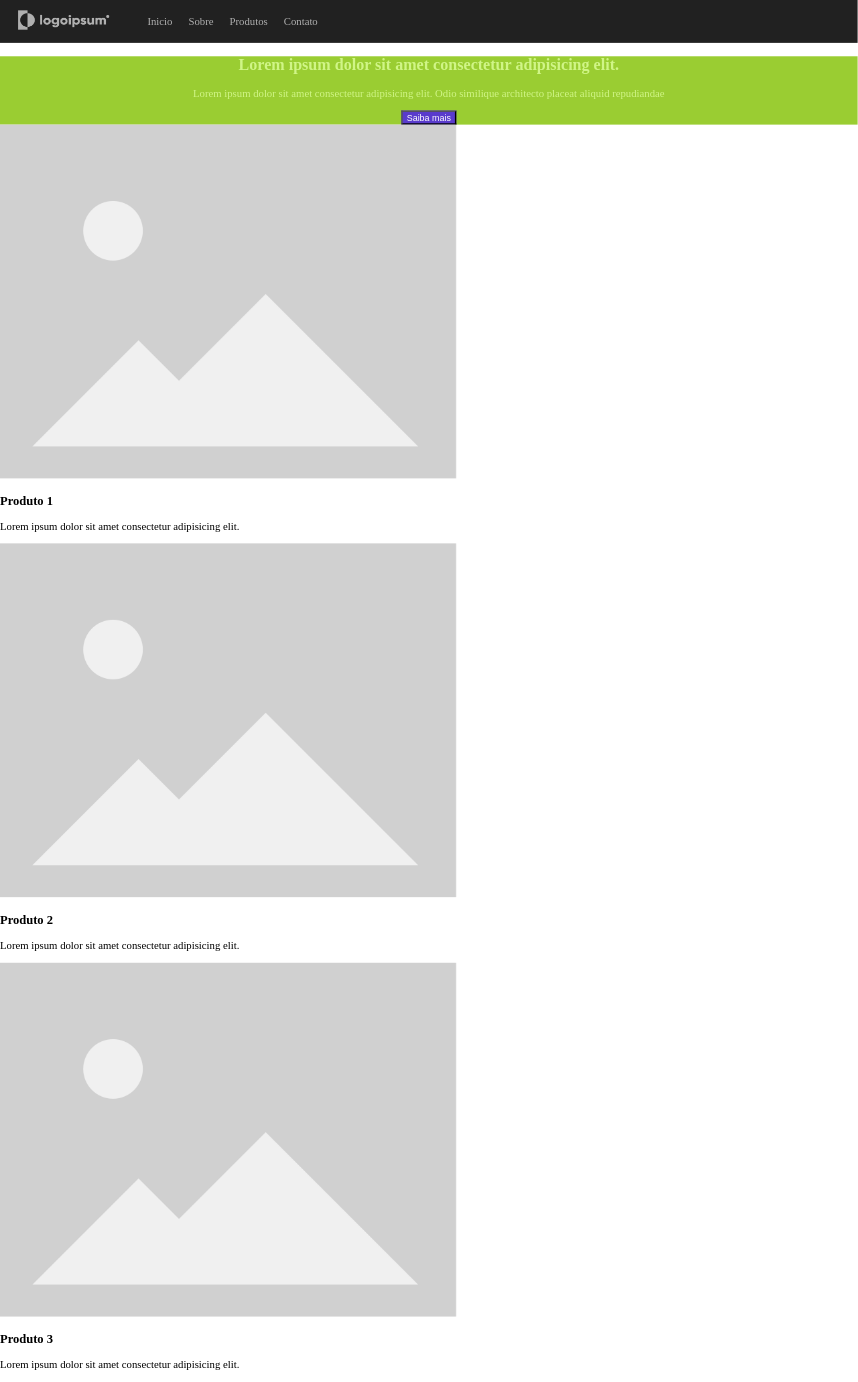
Repository: Carolden/SiteCrie_Ti
Page: index.html
The author's editor kept a copy of each file at every save. The page is drawn from the files as they stood at one save, then again after the next save.
The browser window is 1280 px wide. The pictures show the whole page, at 67% of full size.

Above is the page before, as saved 2023-04-23 20:35:26.

### index.html
<!DOCTYPE html>
<html lang="pt-BR">
<head>
    <meta charset="UTF-8">
    <meta http-equiv="X-UA-Compatible" content="IE=edge">
    <meta name="viewport" content="width=device-width, initial-scale=1.0">
    <title>Document</title>
    <link rel="stylesheet" type="text/css" href="index.css" media="screen" />
</head>
<body>

    <header>
        <div>
            <img src="images/logo.png" alt="logo" class="logo">
        </div>
        <nav>
            <a href="inicio">Inicio</a>
            <a href="sobre">Sobre</a>
            <a href="produtos">Produtos</a>
            <a href="contato">Contato</a>
        </nav>
    </header>

    <main>

    <section class="banner">
        <h1>Lorem ipsum dolor sit amet consectetur adipisicing elit.</h1>
        <p>Lorem ipsum dolor sit amet consectetur adipisicing elit. Odio similique architecto placeat aliquid repudiandae</p>
        <button>Saiba mais</button>
    </section>

    <section>
        <div>
            <div>
                <img src="images/placeholder.png" alt="imagem1">
                <h3>Produto 1</h3>
                <p>Lorem ipsum dolor sit amet consectetur adipisicing elit.</p>
            </div>

            <div>
                <img src="images/placeholder.png" alt="imagem2">
                <h3>Produto 2</h3>
                <p>Lorem ipsum dolor sit amet consectetur adipisicing elit.</p>
            </div>

            <div>
                <img src="images/placeholder.png" alt="imagem3">
                <h3>Produto 3</h3>
                <p>Lorem ipsum dolor sit amet consectetur adipisicing elit.</p>
            </div>
        </div>
    </section>


    </main>





</body>
</html>

### index.css
body {
    border: 0;
    margin: 0;
    padding: 0;
}


header {
    background-color: #212121;
    display: flex;
    align-items: center;
    width: 100%;
    top: 0;
    padding-left: 20px;
    padding-right: 20px;
    box-sizing: border-box;
}

header nav a {
    color: #B0B0B0;
    text-decoration: none;
    padding: 10px;

}

.logo {
    width: 150px;
    height: 60px;
    padding-right: 40px;
}

.banner {
    background-color: #9ACD32;
    color: #d0f587;
    text-align: center;

}

button {
    background-color: #593BCC;
    color: #ffffff;
    text-align: center;
}

After the next save:
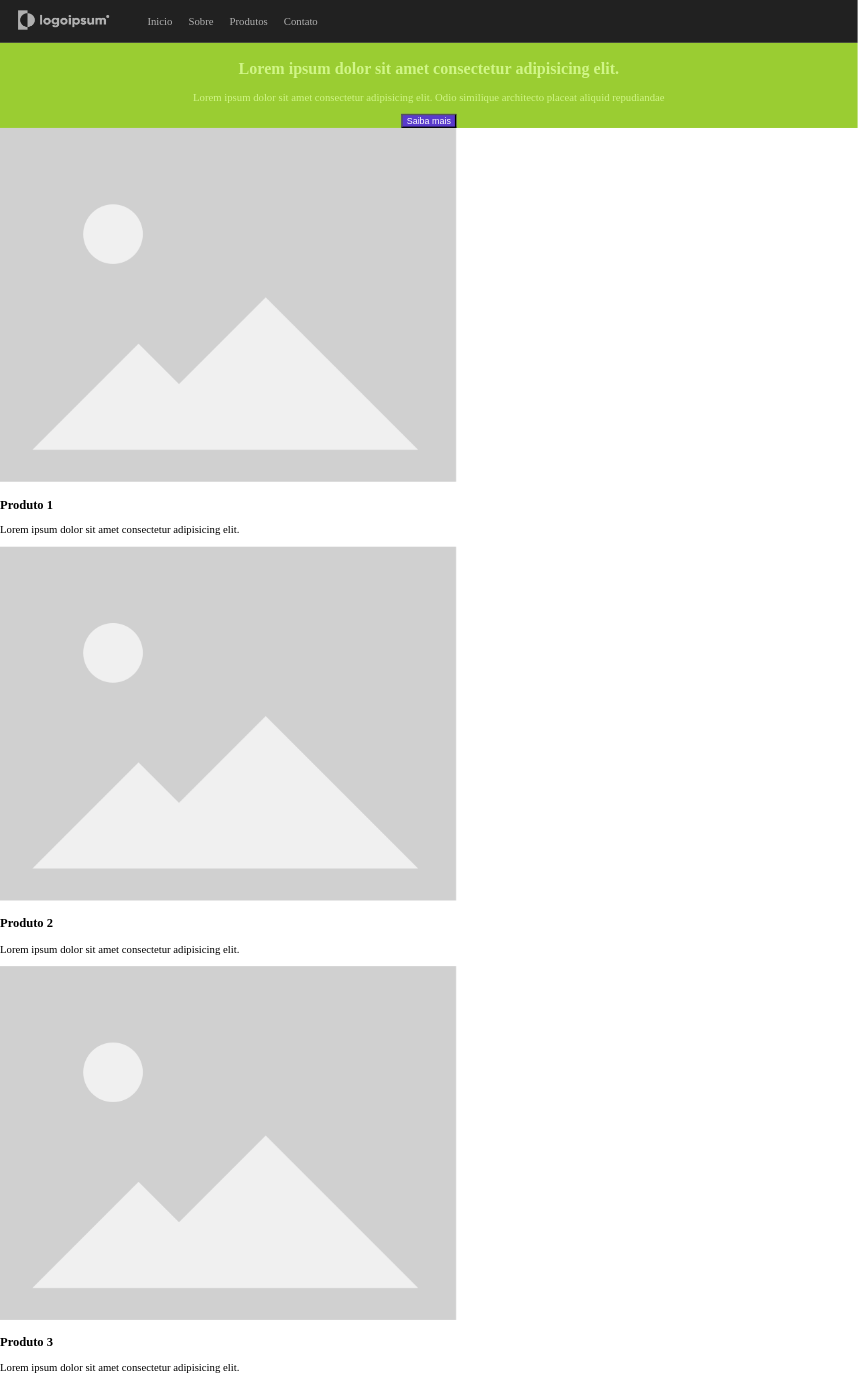
Saved 16 s later.
--- a/index.css
+++ b/index.css
@@ -33,6 +33,7 @@ header nav a {
     background-color: #9ACD32;
     color: #d0f587;
     text-align: center;
+    padding-top: 5px;
 
 }
 
